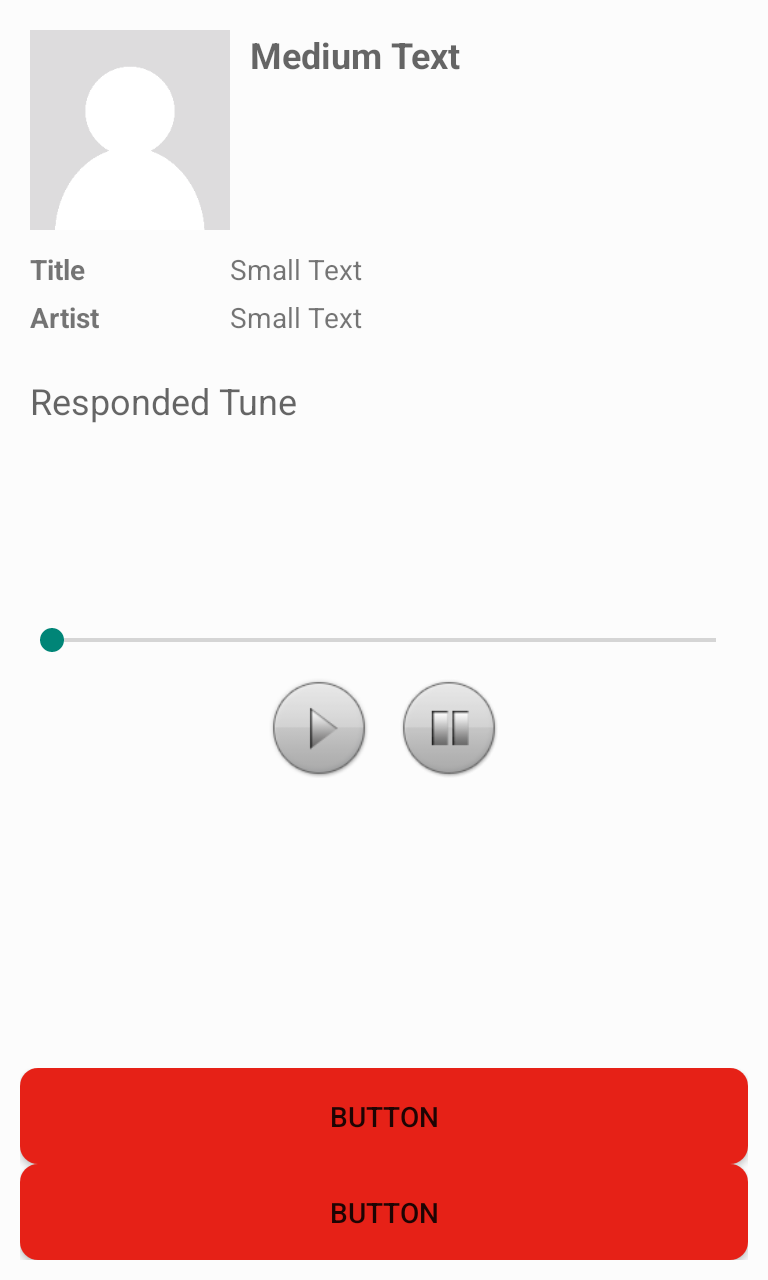
Repository: savindra/cutting-edge
Layout: Humzearch/res/layout/view_response_item.xml
These files come from the project's save history. The layout is drawn as it stood at one moment and after the next save; the edit follows.
It is drawn on a 768 x 1280 px phone screen (xhdpi) without system bars, with theme AppTheme; the app's code is not run.

Above is the layout before, as saved 2015-06-15 17:43:08.

After the next save:
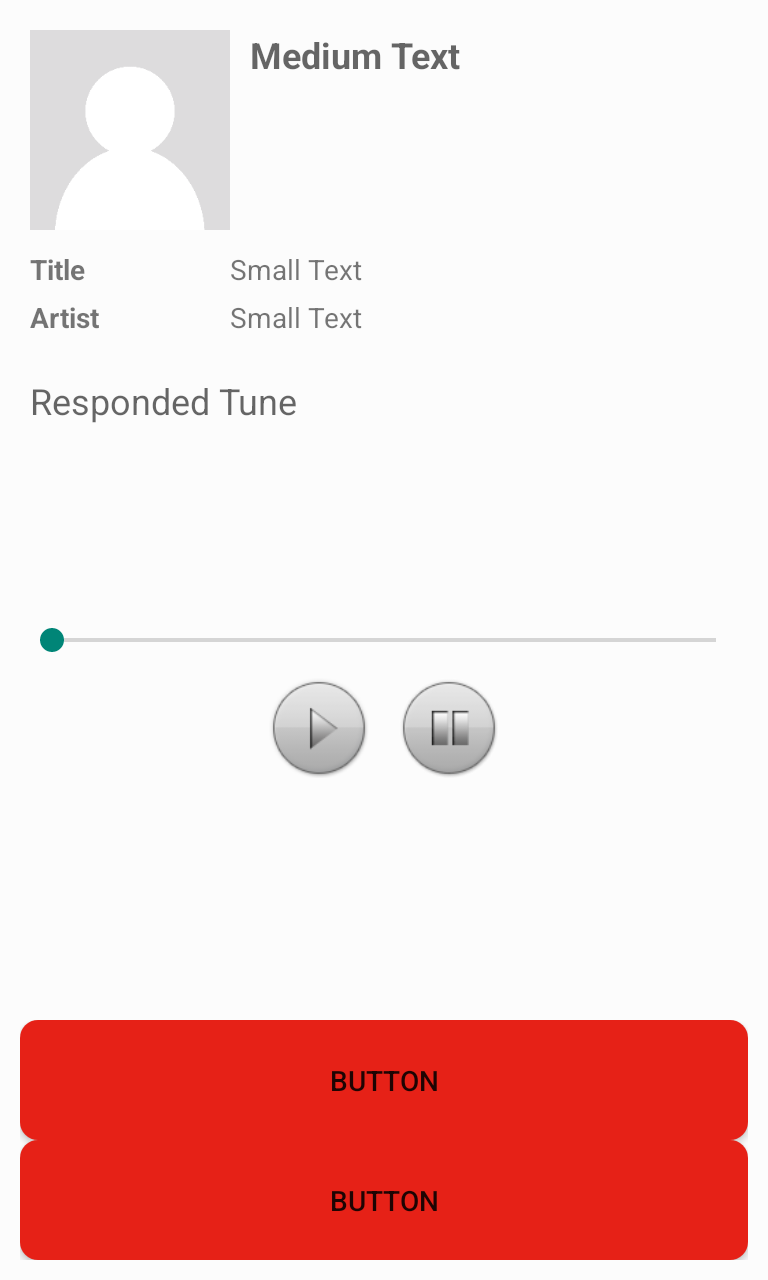
Saved 23 s later.
--- a/Humzearch/res/layout/view_response_item.xml
+++ b/Humzearch/res/layout/view_response_item.xml
@@ -125,14 +125,14 @@
         <Button
             android:id="@+id/button3"
             android:layout_width="match_parent"
-            android:layout_height="wrap_content"
+            android:layout_height="60dp"
             android:text="Button"
             android:background="@drawable/buttonshape" />
 
         <Button
             android:id="@+id/button4"
             android:layout_width="match_parent"
-            android:layout_height="wrap_content"
+            android:layout_height="60dp"
             android:text="Button"
             android:background="@drawable/buttonshape" />
     </LinearLayout>
